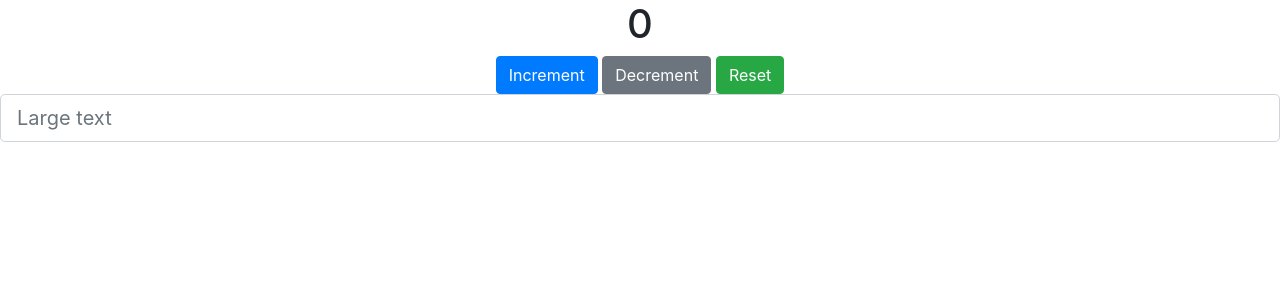
Repository: tts2610/redux-counter
Page: /
These files come from the project's save history. The page is drawn as it stood at one moment and after the next save; the edit follows.
The browser window is 1280 px wide. The pictures show the whole page.
The project was rebuilt for these pictures with package versions that can differ from the ones it lists, and the page was loaded fresh each time.

Above is the page before, as saved 2020-06-09 14:46:58.

### src/index.js
import React from "react";
import ReactDOM from "react-dom";
import "./index.css";
import App from "./App";
import * as serviceWorker from "./serviceWorker";
import { createStore } from "redux";
import { Provider } from "react-redux";

const initialState = {
  count: 0,
};

function countReducer(state = initialState, action) {
  switch (action.type) {
    case "INCREMENT":
      return {
        count: state.count + 1,
      };
    case "DECREMENT":
      return {
        count: state.count - 1,
      };
    case "RESET":
      return {
        count: 0,
      };
    default:
      return state;
  }
}

const store = createStore(
  countReducer,
  // Hooks up Redux Devtools
  window.__REDUX_DEVTOOLS_EXTENSION__ && window.__REDUX_DEVTOOLS_EXTENSION__()
);

ReactDOM.render(
  <Provider store={store}>
    <App />
  </Provider>,
  document.getElementById("root")
);

// If you want your app to work offline and load faster, you can change
// unregister() to register() below. Note this comes with some pitfalls.
// Learn more about service workers: https://bit.ly/CRA-PWA
serviceWorker.unregister();

### src/App.js
import React, { useState } from "react";
import logo from "./logo.svg";
import "./App.css";
import { useSelector, useDispatch } from "react-redux";
import "bootstrap/dist/css/bootstrap.min.css";
import { Form, Button } from "react-bootstrap";

function App() {
  const count = useSelector((state) => state.count);
  const dispatch = useDispatch();
  return (
    <div className="App">
      <h1>{count}</h1>
      <div>
        <Button
          onClick={() => dispatch({ type: "INCREMENT" })}
          variant="primary"
        >
          Increment
        </Button>{" "}
        <Button
          onClick={() => dispatch({ type: "DECREMENT" })}
          variant="secondary"
        >
          Decrement
        </Button>{" "}
        <Button onClick={() => dispatch({ type: "RESET" })} variant="success">
          Reset
        </Button>{" "}
        <Form.Group>
          <Form.Control size="lg" type="text" placeholder="Large text" />
        </Form.Group>
      </div>
    </div>
  );
}

export default App;

Loaded but not shown: public/index.html (common file); src/index.css (common file); src/serviceWorker.js (common file); src/App.css (common file)

After the next save:
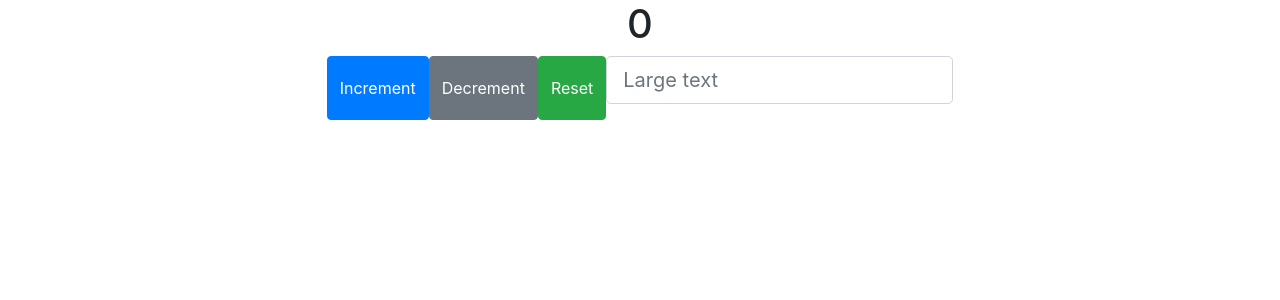
Saved 95 s later.
--- a/src/App.js
+++ b/src/App.js
@@ -11,7 +11,7 @@ function App() {
   return (
     <div className="App">
       <h1>{count}</h1>
-      <div>
+      <div style={{ display: "flex", justifyContent: "center" }}>
         <Button
           onClick={() => dispatch({ type: "INCREMENT" })}
           variant="primary"
